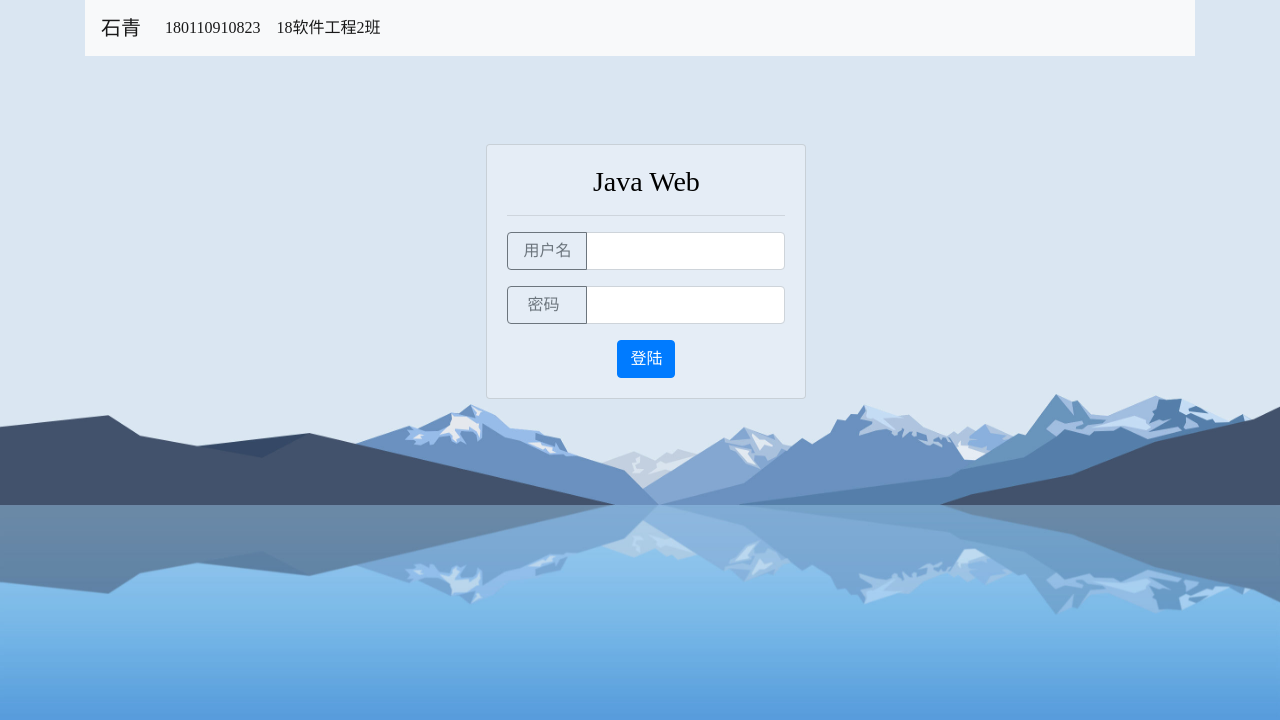
Repository: sqsssq/JavaWeb
Page: class1/IDEA/web/successful.html
The author's editor kept a copy of each file at every save. The page is drawn from the files as they stood at one save, then again after the next save.
The browser window is 1280 px wide. The pictures show the whole page.

Above is the page before, as saved 2020-09-25 00:35:38.

### class1/IDEA/web/successful.html
<!--
 * @Author: your name
 * @Date: 2020-09-23 10:46:47
 * @LastEditTime: 2020-09-25 00:35:38
 * @LastEditors: Please set LastEditors
 * @Description: In User Settings Edit
 * @FilePath: \IDEA\web\successful.html
-->
<!DOCTYPE html>
<html lang="en">
<head>
    <meta charset="UTF-8">
    <meta name="viewport" content="width=device-width, initial-scale=1, shrink-to-fit=no">
    <link rel="stylesheet" href="https://cdn.jsdelivr.net/npm/bootstrap@4.5.0/dist/css/bootstrap.min.css" integrity="sha384-9aIt2nRpC12Uk9gS9baDl411NQApFmC26EwAOH8WgZl5MYYxFfc+NcPb1dKGj7Sk" crossorigin="anonymous">
    <script src="https://cdn.jsdelivr.net/npm/jquery@3.5.1/dist/jquery.slim.min.js" integrity="sha384-DfXdz2htPH0lsSSs5nCTpuj/zy4C+OGpamoFVy38MVBnE+IbbVYUew+OrCXaRkfj" crossorigin="anonymous"></script>
    <script src="https://cdn.jsdelivr.net/npm/popper.js@1.16.0/dist/umd/popper.min.js" integrity="sha384-Q6E9RHvbIyZFJoft+2mJbHaEWldlvI9IOYy5n3zV9zzTtmI3UksdQRVvoxMfooAo" crossorigin="anonymous"></script>
    <script src="https://cdn.jsdelivr.net/npm/bootstrap@4.5.0/dist/js/bootstrap.min.js" integrity="sha384-OgVRvuATP1z7JjHLkuOU7Xw704+h835Lr+6QL9UvYjZE3Ipu6Tp75j7Bh/kR0JKI" crossorigin="anonymous"></script>

    <title>Title</title>
    <style>
        html {
            height: 100%;
        }
        body {
            height: 100%;
            background-image: url("./img/bcg2.jpg");
            background-repeat: no-repeat;
            background-size: 100% 100%;
            background-position: center center;
        }
    </style>
</head>
<body>
    <div class="container" style="font-family: 华文行楷;">
        <nav class="navbar navbar-expand-lg navbar-light bg-light">
            <a class="navbar-brand" href="#">石青</a>
            <button class="navbar-toggler" type="button" data-toggle="collapse" data-target="#navbarSupportedContent" aria-controls="navbarSupportedContent" aria-expanded="false" aria-label="Toggle navigation">
                <span class="navbar-toggler-icon"></span>
            </button>

            <div class="collapse navbar-collapse" id="navbarSupportedContent">
                <ul class="navbar-nav mr-auto">
                    <li class="nav-item active">
                        <a class="nav-link" href="#">180110910823</a>
                    </li>
                    <li class="nav-item active">
                        <a class="nav-link" href="#">18软件工程2班</a>
                    </li>
                </ul>
    <!--            <form class="form-inline my-2 my-lg-0">-->
    <!--                <button class="btn btn-outline-success my-2 my-sm-0" type="submit">注册</button>-->
    <!--            </form>-->
            </div>
        </nav>
        <form method="post" action="loginAction.jsp">

    <!--    <form>-->
        <div class="card" style="width: 20rem; position:absolute; left: 38%; float: left; top: 20%; background: rgba(255, 255, 255, 0.3);">
            <div class="card-body" style="text-align: center; opacity: 100%;">
                <h3 class="card-title" style="color: black;">Java Web</h3>
                <hr>
                <div class="input-group mb-3">
                    <div class="input-group-prepend">
                        <button class="btn btn-outline-secondary" style="width: 80px;" type="button">用户名</button>
                    </div>
                    <input type="text" class="form-control" name="un" id="und">
                </div>
                <div class="input-group mb-3">
                    <div class="input-group-prepend">
                        <button class="btn btn-outline-secondary" style="width: 80px;" type="button">密码 &nbsp;</button>

                    </div>
                    <input type="password" class="form-control" name="ps" id="psd">

                </div>
    <!--            <div class="alert alert-warning alert-dismissible fade show" role="alert">-->
    <!--                <strong>ERROR</strong> 用户名或密码错误-->
    <!--                <button type="button" class="close" data-dismiss="alert" aria-label="Close">-->
    <!--                    <span aria-hidden="true">&times;</span>-->
    <!--                </button>-->
    <!--            </div>-->
                <input  class="btn btn-primary" value="登陆" id="btn1" type="submit">
    <!--            <input  class="btn btn-success" value="注册" id="btn2" type="submit">-->
    <!--            <button class="btn btn-block" id="btn">登陆</button>-->
            </div>
        </div>
        </form>
    </div>
</body>
</html>

After the next save:
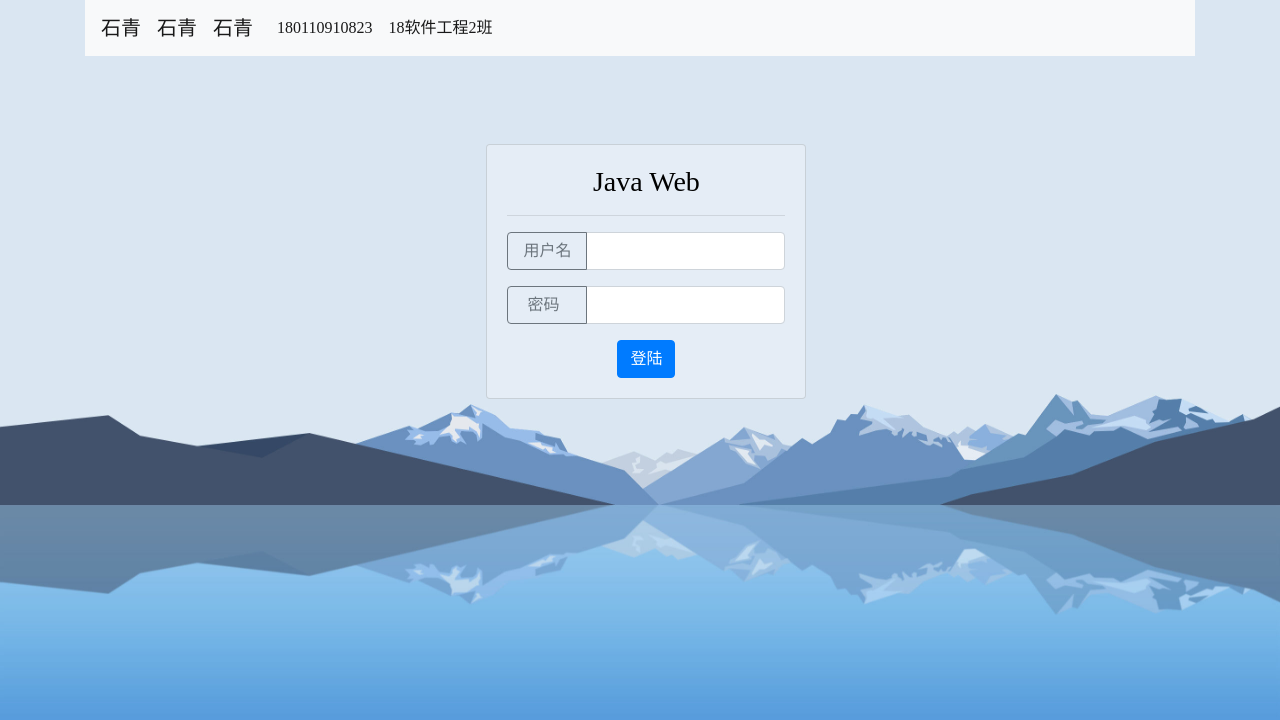
Saved 44 s later.
--- a/class1/IDEA/web/successful.html
+++ b/class1/IDEA/web/successful.html
@@ -1,7 +1,7 @@
 <!--
  * @Author: your name
  * @Date: 2020-09-23 10:46:47
- * @LastEditTime: 2020-09-25 00:35:38
+ * @LastEditTime: 2020-09-25 00:36:22
  * @LastEditors: Please set LastEditors
  * @Description: In User Settings Edit
  * @FilePath: \IDEA\web\successful.html
@@ -33,6 +33,8 @@
 <body>
     <div class="container" style="font-family: 华文行楷;">
         <nav class="navbar navbar-expand-lg navbar-light bg-light">
+            <a class="navbar-brand" href="#">石青</a>
+            <a class="navbar-brand" href="#">石青</a>
             <a class="navbar-brand" href="#">石青</a>
             <button class="navbar-toggler" type="button" data-toggle="collapse" data-target="#navbarSupportedContent" aria-controls="navbarSupportedContent" aria-expanded="false" aria-label="Toggle navigation">
                 <span class="navbar-toggler-icon"></span>
